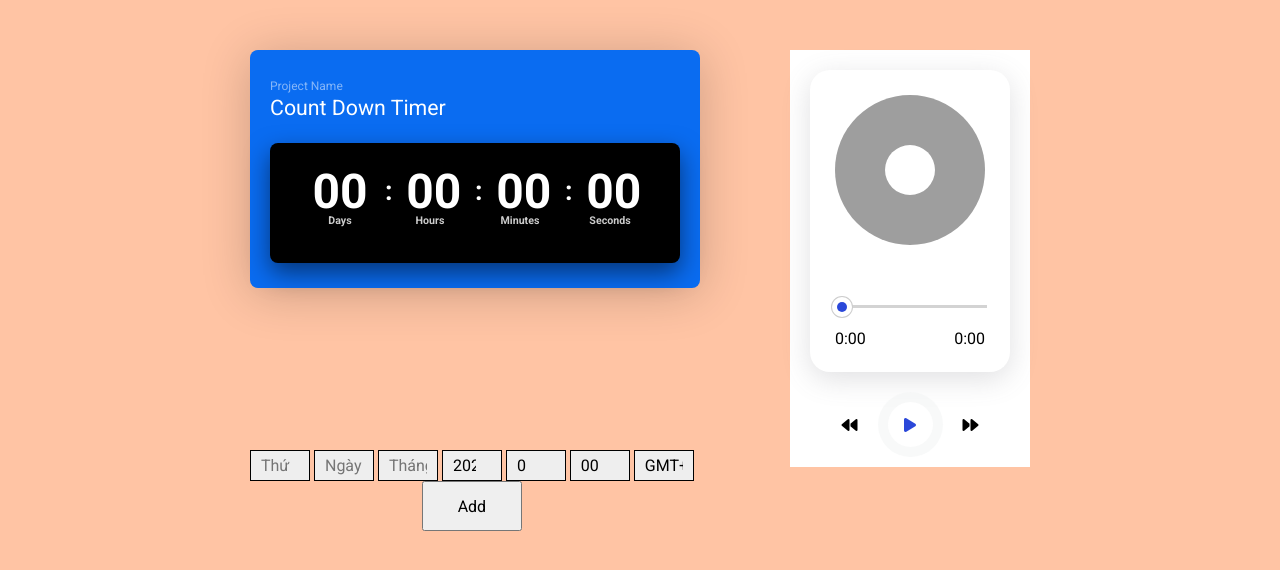
Repository: thuanpham00/CountDownTimer
Page: index.html
These files come from the project's save history. The page is drawn as it stood at one moment and after a run of saves; the edit follows.
The browser window is 1280 px wide. The pictures show the whole page.
Pictures or frames that could not be fetched are drawn as grey boxes. Some web libraries are served in a nearby version. The style sheet was rebuilt from its Sass, Less or Tailwind sources for each picture, by a compiler version that may differ from the author's.

Above is the page before, as saved 2023-09-27 15:34:53.

### index.html
<!DOCTYPE html>
<html lang="en">
    <head>
        <meta charset="UTF-8" />
        <meta name="viewport" content="width=device-width, initial-scale=1.0" />
        <title>Count Down</title>
        <link rel="preconnect" href="https://fonts.googleapis.com" />
        <link rel="preconnect" href="https://fonts.gstatic.com" crossorigin />
        <link
            href="https://fonts.googleapis.com/css2?family=Roboto:wght@300;400;500;700;900&display=swap"
            rel="stylesheet"
        />
        <script src="https://kit.fontawesome.com/3115b3f4f1.js"></script>
        <link rel="stylesheet" href="./assets/css/main.css" />
    </head>
    <body>
        <div class="timer">
            <div class="timer-wrapper">
                <div>
                    <label class="timer-title">Project Name</label>
                    <label class="timer-name">Count Down Timer</label>
                </div>
                <div class="counter">
                    <div class="days">
                        <div class="value" id="days">00</div>
                        <span>Days</span>
                    </div>

                    <div class="hours">
                        <div class="value" id="hours">00</div>
                        <span>Hours</span>
                    </div>

                    <div class="minutes">
                        <div class="value" id="minutes">00</div>
                        <span>Minutes</span>
                    </div>

                    <div class="seconds">
                        <div class="value" id="seconds">00</div>
                        <span>Seconds</span>
                    </div>
                </div>
            </div>
            <div class="player">
                <div class="player-box">
                    <div class="player-media">
                        <img
                            src="https://cdn.dribbble.com/users/3960463/screenshots/14630140/media/c79331860d7ca1b97430a4888617f428.png?compress=1&resize=800x600"
                            alt=""
                            class="player-image"
                        />
                    </div>
                    <div class="progress">
                        <input
                            type="range"
                            id="progress-bar"
                            min="0"
                            max=""
                            value="0"
                            class="bar"
                        />
                        <audio src="./files/holo.mp3" id="song"></audio>
                    </div>
                    <div class="player-number">
                        <span class="player-remaining">0:00</span>
                        <span class="player-duration">0:00</span>
                    </div>
                </div>
                <div class="player-tool">
                    <i class="fa fa-backward player-prev"></i>
                    <i class="fa fa-play player-play"></i>
                    <i class="fa fa-forward player-next"></i>
                </div>
            </div>
        </div>
        <form class="form-timer">
            <input type="text" name="day" placeholder="Thứ" class="dayInput" />
            <input
                type="text"
                name="date"
                placeholder="Ngày"
                class="dateInput"
            />
            <input
                type="text"
                name="month"
                placeholder="Tháng"
                class="monthInput"
            />
            <input
                type="number"
                name="year"
                placeholder="Năm"
                value="2023"
                class="yearInput"
            />
            <input
                type="number"
                name="hour"
                placeholder="Giờ"
                class="hourInput"
                value="0"
            />
            <input
                type="number"
                name="minute"
                placeholder="Phút"
                class="minuteInput"
                value="00"
            />
            <input
                type="text"
                name="GMT"
                value="GMT+0700 (Indochina Time)"
                class="hourInput"
            />
            <button class="todo__submit" type="submit">Add</button>
        </form>
        <script src="./assets/js/main.js"></script>
    </body>
</html>

### assets/js/main.js
window.addEventListener("load", function () {
    const daysText = document.querySelector("#days");
    const hoursText = document.querySelector("#hours");
    const minutesText = document.querySelector("#minutes");
    const secondsText = document.querySelector("#seconds");

    function setTimer(
        dayInput,
        monthInput,
        dateInput,
        yearInput,
        hourInput,
        minuteInput,
        gmtInput
    ) {
        let currentTime = new Date().getTime();
        const endTime = new Date(
            yearInput,
            getMonthIndex(monthInput),
            dateInput,
            hourInput,
            minuteInput
        ).getTime();

        if (isNaN(endTime) || endTime - currentTime <= 0) return;
        setInterval(changeTimer, 500);
        changeTimer();

        function changeTimer() {
            let days, hours, minutes, seconds;
            const now = new Date();
            let startTime = now.getTime();
            let countDown = parseInt((endTime - startTime) / 1000);
            if (countDown > 0) {
                days = parseInt(countDown / 86400);
                countDown = countDown % 86400;
                hours = parseInt(countDown / 3600);
                countDown = countDown % 3600;
                minutes = parseInt(countDown / 60);
                countDown = countDown % 60;
                seconds = parseInt(countDown);

                daysText.textContent = `${days}`.slice(-2);
                hoursText.textContent = `${hours}`.slice(-2);
                minutesText.textContent = `${minutes}`.slice(-2);
                secondsText.textContent = `${seconds}`.slice(-2);
            }
        }

        function getMonthIndex(monthName) {
            const months = [
                "Jan",
                "Feb",
                "Mar",
                "Apr",
                "May",
                "Jun",
                "Jul",
                "Aug",
                "Sep",
                "Oct",
                "Nov",
                "Dec",
            ];
            return months.indexOf(monthName);
        }
    }

    const formTimer = document.querySelector(".form-timer");
    formTimer.addEventListener("submit", function (e) {
        e.preventDefault();
        const dayInput = this.elements["day"].value;
        const monthInput = this.elements["month"].value;
        const dateInput = parseInt(this.elements["date"].value);
        const yearInput = parseInt(this.elements["year"].value);
        const hourInput = parseInt(this.elements["hour"].value);
        const minuteInput = parseInt(this.elements["minute"].value);
        const gmtInput = this.elements["GMT"].value;
        setTimer(
            dayInput,
            monthInput,
            dateInput,
            yearInput,
            hourInput,
            minuteInput,
            gmtInput
        );
    });
});

### scss/main.scss
html,
body,
div,
span,
applet,
object,
iframe,
h1,
h2,
h3,
h4,
h5,
h6,
p,
blockquote,
pre,
a,
abbr,
acronym,
address,
big,
cite,
code,
del,
dfn,
em,
img,
ins,
kbd,
q,
s,
samp,
small,
strike,
strong,
sub,
sup,
tt,
var,
b,
u,
i,
center,
dl,
dt,
dd,
ol,
ul,
li,
fieldset,
form,
label,
legend,
table,
caption,
tbody,
tfoot,
thead,
tr,
th,
td,
article,
aside,
canvas,
details,
embed,
figure,
figcaption,
footer,
header,
hgroup,
menu,
nav,
output,
ruby,
section,
summary,
time,
mark,
audio,
video {
    margin: 0;
    padding: 0;
    border: 0;
    font-size: 100%;
    font: inherit;
    vertical-align: baseline;
}
/* HTML5 display-role reset for older browsers */
article,
aside,
details,
figcaption,
figure,
footer,
header,
hgroup,
menu,
nav,
section {
    display: block;
}
body {
    line-height: 1;
}
ol,
ul {
    list-style: none;
}
blockquote,
q {
    quotes: none;
}
blockquote:before,
blockquote:after,
q:before,
q:after {
    content: "";
    content: none;
}
table {
    border-collapse: collapse;
    border-spacing: 0;
}

*,
::after,
::before {
    box-sizing: border-box;
}

html {
    font-size: 62.5%;
}

body {
    font-size: 1.6rem;
    font-family: "Poppins", sans-serif;
}

input,
select,
textarea,
button {
    font-size: inherit;
    font-family: inherit;
}

$continer-color: #0a6cf1;
$continer-padding: 30px 20px 10px 20px;
body {
    font-family: "Roboto", sans-serif;
    background: #ffc4a4;
    user-select: none;
}

.timer {
    position: relative;
    min-height: 400px;

    &-wrapper {
        position: absolute;
        left: 250px;
        top: 50px;
        background-color: $continer-color;
        padding: $continer-padding;
        border-radius: 8px;
        color: #fff;
        min-width: 450px;
        box-shadow: 0 5px 50px rgba(0, 0, 0, 0.2);
    }

    label {
        display: block;
    }

    &-title {
        font-size: 9pt;
        opacity: 0.5;
    }

    &-name {
        font-size: 16pt;
        margin: 5px 0;
    }

    .counter {
        padding: 25px;
        margin: 25px 0 15px 0;
        background-color: #000;
        font-weight: 700;
        border-radius: 8px;
        box-shadow: 0 10px 25px rgba(0, 0, 0, 0.5);
        min-height: 120px;

        div {
            display: inline-block;
        }
        .days,
        .hours,
        .minutes,
        .seconds {
            width: 25%;
            float: left;
            text-align: center;
            .value {
                display: block;
                font-size: 36pt;
                width: 100%;
                display: block;
            }
            span {
                font-size: 8pt;
                opacity: 0.8;
                width: 100%;
                display: block;
            }
        }
        .hours::before,
        .minutes::before,
        .seconds::before {
            content: ":";
            float: left;
            font-size: 20pt;
            position: relative;
            margin-top: 10px;
            opacity: 0.7;
            animation: pink 1s ease-in-out infinite;
        }
    }

    .player {
        position: absolute;
        right: 250px;
        top: 50px;
        background-color: white;
        padding: 20px;
    }

    .player-box {
        box-shadow: rgba(100, 100, 111, 0.2) 0px 7px 29px 0px;
        padding: 25px;
        display: flex;
        align-items: center;
        justify-content: center;
        flex-direction: column;
        text-align: center;
        border-radius: 20px;
        max-width: 500px;
        margin: 0 auto 30px;
    }

    .player-media {
        position: relative;
        width: 150px;
        height: 150px;
        border-radius: 100rem;
        margin-bottom: 25px;
    }
    .player-media:before {
        content: "";
        width: 50px;
        height: 50px;
        background-color: white;
        border-radius: 100px;
        position: absolute;
        top: 50%;
        left: 50%;
        transform: translate(-50%, -50%);
        z-index: 10;
    }

    .player-image {
        width: 100%;
        height: 100%;
        object-fit: cover;
        border-radius: inherit;
    }

    .player-image.is-playing {
        animation: rotate 10s forwards infinite linear;
    }

    @keyframes rotate {
        to {
            transform: rotate(360deg);
        }
    }

    .progress {
        margin-bottom: 20px;
        margin-top: 25px;
    }

    .player-number {
        display: flex;
        justify-content: space-between;
        align-items: center;
        width: 100%;
    }

    .player-tool {
        display: flex;
        justify-content: center;
        align-items: center;
    }

    .player-play {
        color: #2b48d9;
        width: 45px;
        height: 45px;
        border-radius: 100rem;
        display: flex;
        justify-content: center;
        align-items: center;
        cursor: pointer;
        background-color: white;
        box-shadow: 0 0 0 10px rgba(242, 243, 244, 0.5);
        font-size: 16px;
        margin: 0 30px;
    }

    .player-next,
    .player-prev {
        cursor: pointer;
        font-size: 16px;
    }

    .progress {
        width: 100%;
        position: relative;
    }

    .bar {
        -webkit-appearance: none;
        width: 100%;
        height: 3px;
        background: #d3d3d3;
        outline: none;
        -webkit-transition: 0.2s;
        transition: opacity 0.2s;
    }

    .bar::-webkit-slider-thumb {
        -webkit-appearance: none;
        appearance: none;
        width: 10px;
        height: 10px;
        border-radius: 100rem;
        background-color: #2b48d9;
        box-shadow: 0 0 0 5px white, 0 0 0 6px #ccc;
    }

    /* .bar::-webkit-slider-thumb chọn phần tử con của phần tử có lớp bar mà là "thumb" của thanh trượt (slider)
     dành cho trình duyệt WebKit (chẳng hạn như Safari hoặc Chrome).

    .bar::-moz-range-thumb chọn phần tử con của phần tử có lớp bar mà là "thumb" của
    thanh trượt (slider) dành cho trình duyệt Firefox (Mozilla).
    */

    .bar::-moz-range-thumb {
        cursor: pointer;
        width: 10px;
        height: 10px;
        border-radius: 100rem;
        background-color: #2b48d9;
        box-shadow: 0 0 0 5px white, 0 0 0 6px #ccc;
    }
}

@keyframes pink {
    0% {
        opacity: 1;
    }
    50% {
        opacity: 0.5;
    }
    100% {
        opacity: 1;
    }
}

.form-timer {
    position: absolute;
    left: 250px;
    margin-top: 50px;
    max-width: 900px;

    input {
        width: 60px;
        padding: 5px 10px;
        outline: none;
        background: #eee;
        border: 1px solid #000;
    }

    button {
        width: 100px;
        height: 50px;
        display: block;
        margin: 0 auto;
    }
}

After the next 2 saves:
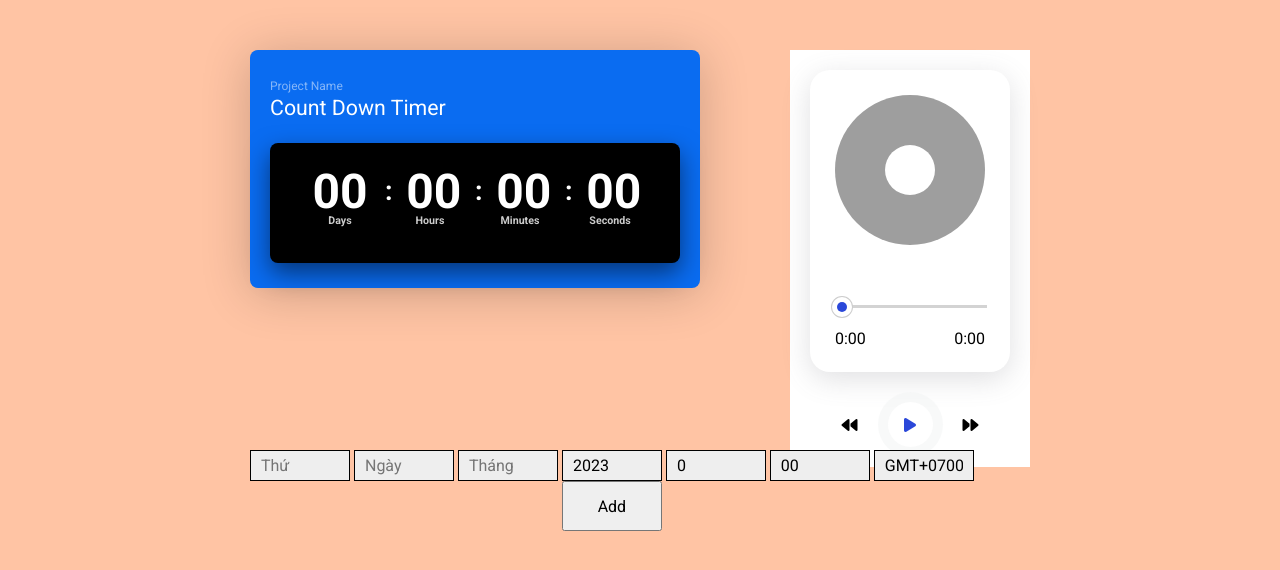
The 2 saves are shown as one change because they came seconds apart.
The last was saved 8 s later.
--- a/scss/main.scss
+++ b/scss/main.scss
@@ -387,7 +387,7 @@ body {
     max-width: 900px;
 
     input {
-        width: 60px;
+        width: 100px;
         padding: 5px 10px;
         outline: none;
         background: #eee;
